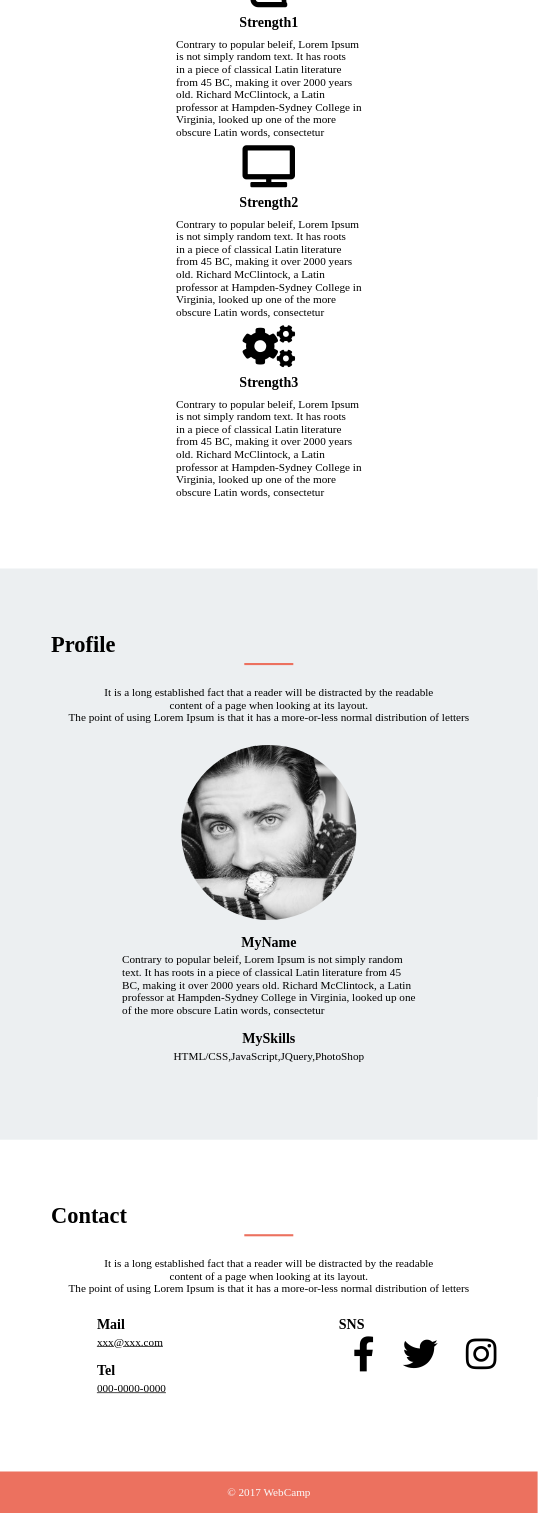
Repository: n19880405nick/challenge
Page: LoremIpsum/challenge.html
The author's editor kept a record of every edit. The page is drawn from the files as they stood at one moment, then again after the next edit.
The browser window is 768 px wide. The pictures show the part of the page from y = 2063 to 4303 px (the page is 4225 px tall before and 4303 px after), at 70% of full size.

Above is the page before.

### LoremIpsum/challenge.html
<!DOCTYPE html>
	<html lang = "ja">
		<head>
			<meta charset="utf-8">
			<meta name="viewport" content="width=device-width, initial-scale=1.0">
			<title>WALS成果物</title>
			<link rel="stylesheet" href="challenge.css">
			<link rel="stylesheet" href="https://cdnjs.cloudflare.com/ajax/libs/font-awesome/5.15.4/css/all.min.css">
		</head>

		<body>
			<header>
				<nav class="nav">
					<a href=""><img class="logo" src="img/logo.png"></a>
					<ul class="header-list">
						<li class="header-list-item">Portfolio</li>
						<li class="header-list-item">Feature</li>
						<li class="header-list-item">Profile</li>
						<li class="header-list-item">Contact</li>
					</ul>
				</nav>
			</header>

			<main>

				<div class="main-visual">
					<span class="main-visual-text"><strong>Lorem Ipsum</strong></span>
					<span class="main-visual-subtext">simply dummy text of the printing</span>
				</div>

				<div class="portfolio">
					<div class="portfolio-texts">
						<span class="title"><strong>Portfolio</strong></span>
						<div class="underline"></div>
						<span class="subtext">It is a long established fact that a reader will be distracted by the readable<br>
						content of a page when looking at its layout.<br>
						The point of using Lorem Ipsum is that it has a more-or-less normal distribution of letters</span>
					</div>
					<div class="portfolio-images">
						<div class="pf-image"></div>
						<div class="pf-image"></div>
						<div class="pf-image"></div>
						<div class="pf-image"></div>
						<div class="pf-image"></div>
						<div class="pf-image"></div>
					</div>
				</div>

				<div class="feature">
					<div class="feature-texts">
						<span class="title"><strong>Feature</strong></span>
						<div class="underline"></div>
						<span class="subtext">It is a long established fact that a reader will be distracted by the readable<br>
						content of a page when looking at its layout.<br>
						The point of using Lorem Ipsum is that it has a more-or-less normal distribution of letters</span>
					</div>
					<div class="feature-strengthes">
						<div class="feature-strength">
							<span><i class="fas fa-book strength-icon"></i></span>
							<span class="strength-title"><strong>Strength1</strong></span>
							<span class="strength-text">Contrary to popular beleif, Lorem Ipsum<br>
							is not simply random text. It has roots<br>
							in a piece of classical Latin literature<br>
							from 45 BC, making it over 2000 years<br>
							old. Richard McClintock, a Latin<br>
							professor at Hampden-Sydney College in<br>
							Virginia, looked up one of the more<br>
							obscure Latin words, consectetur</span>
						</div>
						<div class="feature-strength">
							<span><i class="fas fa-tv strength-icon"></i></span>
							<span class="strength-title"><strong>Strength2</strong></span>
							<span class="strength-text">Contrary to popular beleif, Lorem Ipsum<br>
							is not simply random text. It has roots<br>
							in a piece of classical Latin literature<br>
							from 45 BC, making it over 2000 years<br>
							old. Richard McClintock, a Latin<br>
							professor at Hampden-Sydney College in<br>
							Virginia, looked up one of the more<br>
							obscure Latin words, consectetur</span>
						</div>
						<div class="feature-strength">
							<span><i class="fas fa-cogs strength-icon"></i></span>
							<span class="strength-title"><strong>Strength3</strong></span>
							<span class="strength-text">Contrary to popular beleif, Lorem Ipsum<br>
							is not simply random text. It has roots<br>
							in a piece of classical Latin literature<br>
							from 45 BC, making it over 2000 years<br>
							old. Richard McClintock, a Latin<br>
							professor at Hampden-Sydney College in<br>
							Virginia, looked up one of the more<br>
							obscure Latin words, consectetur</span>
						</div>
					</div>
				</div>

				<div class="profile">
					<div class="profile-texts">
						<span class="title"><strong>Profile</strong></span>
						<div class="underline"></div>
						<span class="subtext">It is a long established fact that a reader will be distracted by the readable<br>
						content of a page when looking at its layout.<br>
						The point of using Lorem Ipsum is that it has a more-or-less normal distribution of letters</span>
					</div>
					<div class="profile-contents">
						<div class="profile-image-frame">
							<div class="profile-image"></div>
						</div>
						<div class="profile-contents-texts">
							<span class="subtitle"><strong>MyName</strong></span>
							<span class="contents-text">Contrary to popular beleif, Lorem Ipsum is not simply random<br>
							text. It has roots in a piece of classical Latin literature from 45<br>
							BC, making it over 2000 years	old. Richard McClintock, a Latin<br>
							professor at Hampden-Sydney College in Virginia, looked up one<br>
							of the more	obscure Latin words, consectetur</span>
							<span class="subtitle"><strong>MySkills</strong></span>
							<span class="contents-text">HTML/CSS,JavaScript,JQuery,PhotoShop</span>
						</div>
					</div>
				</div>

				<div class="contact">
					<div class="contact-texts">
						<span class="title"><strong>Contact</strong></span>
						<div class="underline"></div>
						<span class="subtext">It is a long established fact that a reader will be distracted by the readable<br>
						content of a page when looking at its layout.<br>
						The point of using Lorem Ipsum is that it has a more-or-less normal distribution of letters</span>
					</div>
					<div class="contact-contents">
						<div class="contact-mail-tel">
							<span class="contact-heading"><strong>Mail</strong></span>
							<span class="contact-detail">xxx@xxx.com</span>
							<span class="contact-heading"><strong>Tel</strong></span>
							<span class="contact-detail">000-0000-0000</span>
						</div>
						<div class="contact-sns">
							<span class="contact-heading"><strong>SNS</strong></span>
							<div class="icon-frame">
								<span><i class="fab fa-facebook-f contact-icon"></i></span>
								<span><i class="fab fa-twitter contact-icon"></i></span>
								<span><i class="fab fa-instagram contact-icon"></i></span>
							</div>
						</div>
					</div>
				</div>

			</main>

			<footer>
				<span class="copyrights">© 2017 WebCamp</span>
			</footer>
		</body>
	</html>

### LoremIpsum/challenge.css
*{
	margin: 0;
	padding: 0;
	box-sizing: border-box;
}

header{
	width: 100%;
	height: 70px;
	background-color: #EC715F;
}

.nav{
	margin: auto;
	width: 1024px;
	color: #FAFAFA;
	display: flex;
}

.logo{
	height: 70px;
}

.header-list{
	margin-left: auto;
	list-style: none;
	display: flex;
}

.header-list-item{
	margin: 0 30px;
	padding-top: 25px;
}

.menu-btn{
	position: fixed;
  top: 5px;
  right: 10px;
  display: flex;
  height: 40px;
  width: 40px;
  justify-content: center;
  align-items: center;
  z-index: 90;
  border: solid 2px #FAFAFA;
  border-radius: 5px;
  display: none;
}

.menu-btn span,
.menu-btn span:before,
.menu-btn span:after {
  content: '';
  display: block;
  height: 3px;
  width: 25px;
  border-radius: 3px;
  background-color: #FAFAFA;
  position: relative;
}

.menu-btn span:before {
  bottom: 8px;
}

.menu-btn span:after {
  top: 6px;
}

.main-visual{
	width: 100%;
	height: 650px;
	color: #FAFAFA;
	background-image: url("img/mv.png");
	background-size: cover;
	background-position: center;
	display: flex;
	flex-direction: column;
	align-items: center;
}

.main-visual-text{
	margin-top: 200px;
	font-size: 64px;
}

.main-visual-subtext{
	margin-top: 10px;
	font-size: 20px;
}

.portfolio{
	width: 100%;
	padding: 90px 0;
	background-color: #ECEFF1;
	display: flex;
	flex-direction: column;
}

.portfolio-texts{
	width: 920px;
	margin: 0 auto;
	display: flex;
	flex-direction: column;
	align-items: center;
}

.title{
	font-size: 32px;
	color: #000000;
}

.underline{
	width: 70px;
	height: 3px;
	background-color: #EC715F;
	margin-top: 8px;
}
.subtext{
	margin: 30px auto;
	font-size: 16px;
	color: #000000;
	text-align: center;
}

.portfolio-images{
	margin: 0 auto;
	width: 920px;
	display: flex;
	flex-wrap: wrap;
}

.pf-image{
	width: 300px;
	height: 250px;
	background-size: cover;
	background-position: center;
}

.pf-image:nth-child(1){
	margin-bottom: 10px;
	background-image: url("img/sketch.jpg");
}
.pf-image:nth-child(2){
	margin: 0 10px 10px;
	background-image: url("img/websuku.png");
}
.pf-image:nth-child(3){
	margin-bottom: 10px;
	background-image: url("img/write.jpg");
}
.pf-image:nth-child(4){
	background-image: url("img/webcamp.png");
}
.pf-image:nth-child(5){
	margin: 0 10px;
	background-image: url("img/talk.jpg");
}
.pf-image:nth-child(6){
  background-image: url("img/webcamp-mother.png");
}

.feature{
	width: 100%;
	padding: 90px 0;
	display: flex;
	flex-direction: column;
}

.feature-texts{
	width: 980px;
	margin: 0 auto;
	display: flex;
	flex-direction: column;
	align-items: center;
}

.feature-strengthes{
	margin: 0 auto;
	width: 980px;
	display: flex;
}

.feature-strength{
	width: 320px;
	height: auto;
	display: flex;
	flex-direction: column;
	align-items: center;
}

.feature-strength:nth-child(2){
	margin: 0 10px;
}

.strength-icon{
	font-size: 60px;
}

.strength-title{
	font-size: 20px;
	color: #000000;
	margin: 10px 0;
}

.strength-text{
	font-size: 16px;
	color: #000000;
}

.profile{
	width: 100%;
	padding: 90px 0;
	background-color: #ECEFF1;
	display: flex;
	flex-direction: column;
}

.profile-texts{
	width: 1024px;
	margin: 0 auto;
	display: flex;
	flex-direction: column;
	align-items: center;
}

.profile-contents{
	margin: 0 auto;
	width: 1024px;
	display: flex;
}

.profile-image-frame{
	width: 512px;
	height: auto;
}

.profile-image{
	margin: 0 auto;
	width: 250px;
  height: 250px;
  border-radius:50%;
	background-image: url("img/my-icon.jpg");
}

.profile-contents-texts{
	width: 512px;
	height: auto;
	display: flex;
	flex-direction: column;
}

.subtitle{
	font-size: 20px;
	margin-bottom: 5px;
}

.contents-text{
	font-size: 16px;
	color: #000000;
	margin-bottom: 20px;
}

.contact{
	width: 100%;
	padding: 90px 0;
	display: flex;
	flex-direction: column;
}

.contact-texts{
	width: 800px;
	margin: 0 auto;
	display: flex;
	flex-direction: column;
	align-items: center;
}

.contact-contents{
	margin: 0 auto;
	width: 800px;
	display: flex;
}

.contact-mail-tel{
	width: 400px;
	display: flex;
	flex-direction: column;
	padding-left: 100px;
}

.contact-heading{
	font-size: 20px;
	margin-bottom: 5px;
}

.contact-detail{
	margin-bottom: 20px;
	text-decoration: underline;
}

.contact-sns{
	width: 400px;
	margin: 0 auto;
	padding-left: 100px;
	display: flex;
	flex-direction: column;
}

.icon-frame{
	display: flex;
}

.contact-icon{
	margin: 0 20px;
	font-size: 50px;
}

footer{
	width: 100%;
	height: 60px;
	background-color: #EC715F;
	display: flex;
	justify-content: center;
	align-items: center;
}

.copyrights{
	font-size: 16px;
	color: #FAFAFA;
}

@media screen and (max-width: 768px){
	header{
		height: 50px;
		position: fixed;
	}

	.nav{
		width: 90%;
	}

	.logo{
		height: 50px;
	}

	.header-list{
		display: none;
	}

	.menu-btn{
		display: inherit;
	}

	.main-visual{
		width: 100%;
		height: 650px;
		color: #FAFAFA;
		background-image: url("img/code.png");
		background-size: cover;
		background-position: center;
		display: flex;
		flex-direction: column;
		align-items: center;
	}

	.main-visual-text{
		margin-top: 200px;
		width: 90%;
		font-size: 40px;
	}

	.main-visual-subtext{
		margin-top: 10px;
		width: 90%;
		font-size: 18px;
	}

	.title, .subtext,
	.portfolio-texts, .portfolio-images,
	.feature-texts, .feature-strengthes,
	.profile-texts, .profile-contents,
	.contact-texts, .contact-contents{
		width: 90%;
	}

	.portfolio-images{
		display: flex;
		flex-direction: column;
		align-items: center;
	}

	.pf-image:nth-child(1),
	.pf-image:nth-child(3),
	.pf-image:nth-child(5){
		display: none;
	}

	.pf-image:nth-child(4){
		margin-bottom: 10px;
	}

	.feature-strengthes{
		display: flex;
		flex-direction: column;
		align-items: center;
	}

	.strength-text{
		margin-bottom: 10px;
	}

	.profile-contents{
		display: flex;
		flex-direction: column;
		align-items: center;
	}

	.profile-contents-texts{
		margin-top: 20px;
		align-items: center;
	}
}

After the next edit:
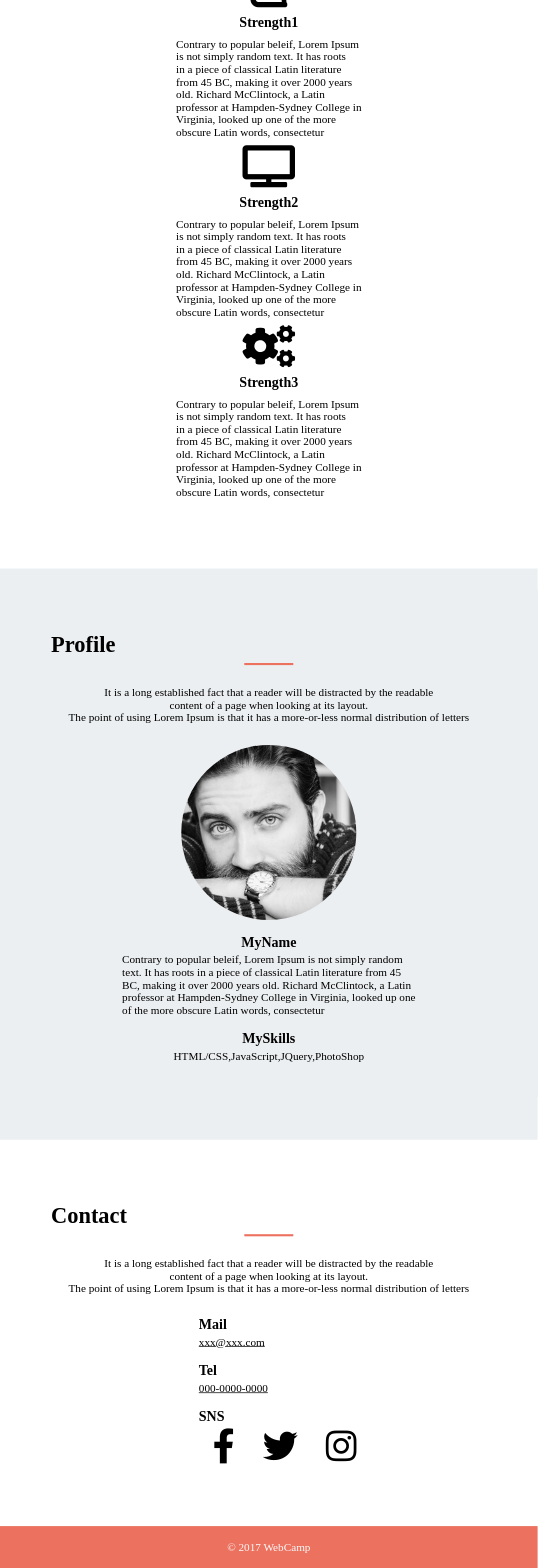
The edit:
--- a/LoremIpsum/challenge.css
+++ b/LoremIpsum/challenge.css
@@ -420,4 +420,10 @@
 		margin-top: 20px;
 		align-items: center;
 	}
-}
+
+	.contact-contents{
+		display: flex;
+		flex-direction: column;
+		align-items: center;
+	}
+}
